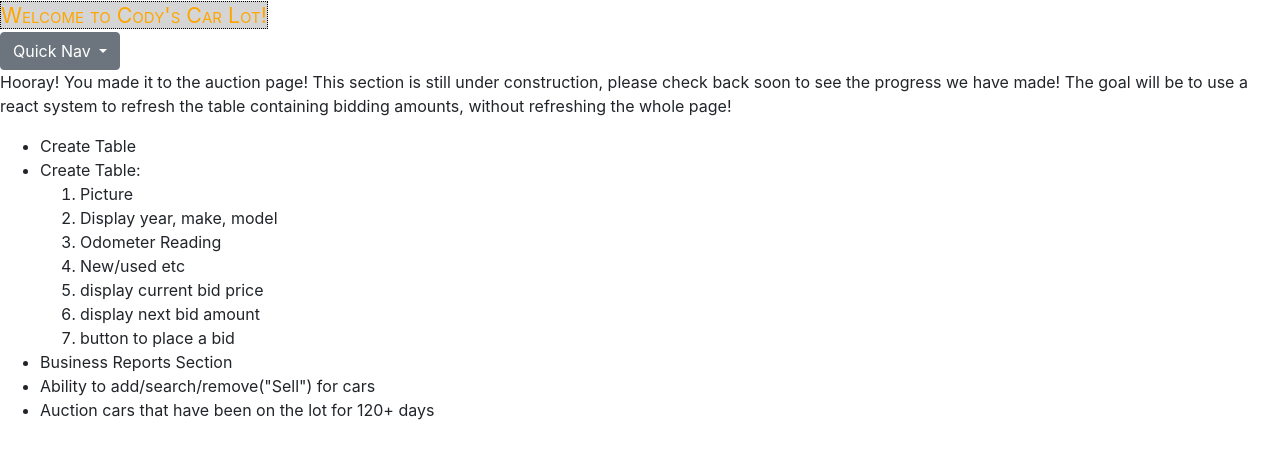
Repository: CodyHogge/CarDealershipProject
Page: http://localhost/CarDealershipProject/auction.jsp
An editor plug-in stored every save of this project. The page is shown before and after the next save, followed by the edit.
The browser window is 1280 px wide. The pictures show the whole page.
The page is served by Tomcat 9. Other server files are loaded and not shown.

Above is the page before, as saved 2020-09-14 15:20:55.

### CarDealershipProject/WebContent/auction.jsp
<%@ taglib prefix="c" uri="http://java.sun.com/jsp/jstl/core" %>
<%@ page language="java" contentType="text/html; charset=ISO-8859-1"
    pageEncoding="ISO-8859-1"%>
<!DOCTYPE html>
<html>
<head>
<meta charset="ISO-8859-1">
<title>Cody's Car Lot</title>
<link rel="stylesheet" href="https://stackpath.bootstrapcdn.com/bootstrap/4.5.2/css/bootstrap.min.css" integrity="sha384-JcKb8q3iqJ61gNV9KGb8thSsNjpSL0n8PARn9HuZOnIxN0hoP+VmmDGMN5t9UJ0Z" crossorigin="anonymous">

<link rel="stylesheet" href="./styles/styles.css">


</head>
<body>


<span class="top-banner">Welcome to Cody's Car Lot!</span>


<div class="dropdown">
  <button class="btn btn-secondary dropdown-toggle" type="button" id="dropdownMenuLink" data-toggle="dropdown" aria-haspopup="true" aria-expanded="false">
    Quick Nav
  </button>
  <div class="dropdown-menu" aria-labelledby="dropdownMenuLink">
    <a class="dropdown-item" href="homePage.jsp">Home Page</a>
    <a class="dropdown-item" href="inventory.jsp">Inventory</a>
    <a class="dropdown-item" href="auction.jsp">Auction Page</a>
    <a class="dropdown-item" href="businessPage.jsp">Business Reports</a>
  </div>
</div>


<p class="auction-paragraph"> Hooray! You made it to the auction page! This section is still under construction, please check back soon to see the progress
we have made! The goal will be to use a react system to refresh the table containing bidding amounts, without refreshing the whole page!
	<ul class="auction-to-do-list">
		<li> Create Table </li>
		<li> Create Table:
			<ol>
				<li>Picture</li>
				<li>Display year, make, model</li>
				<li>Odometer Reading</li>
				<li>New/used etc</li>
				<li>display current bid price</li>
				<li>display next bid amount</li>
				<li>button to place a bid</li>
			</ol>
		</li>
		<li> Business Reports Section</li>
		<li> Ability to add/search/remove("Sell") for cars</li>
		<li> Auction cars that have been on the lot for 120+ days</li>
	</ul>
</p>

<script src="https://code.jquery.com/jquery-3.5.1.slim.min.js" integrity="sha384-DfXdz2htPH0lsSSs5nCTpuj/zy4C+OGpamoFVy38MVBnE+IbbVYUew+OrCXaRkfj" crossorigin="anonymous"></script>
<script src="https://cdn.jsdelivr.net/npm/popper.js@1.16.1/dist/umd/popper.min.js" integrity="sha384-9/reFTGAW83EW2RDu2S0VKaIzap3H66lZH81PoYlFhbGU+6BZp6G7niu735Sk7lN" crossorigin="anonymous"></script>
<script src="https://stackpath.bootstrapcdn.com/bootstrap/4.5.2/js/bootstrap.min.js" integrity="sha384-B4gt1jrGC7Jh4AgTPSdUtOBvfO8shuf57BaghqFfPlYxofvL8/KUEfYiJOMMV+rV" crossorigin="anonymous"></script>
</body>
</html>

### CarDealershipProject/WebContent/styles/styles.css
.top-banner{
	font-variant: small-caps;
	font-size: 16pt;
	border-style: dotted;
	border-right-width: 1px;
	border-left-width: 1px;
	border-top-width: 1px;
	border-bottom-width: 1px;
	border-color: black;
	background-color: #d5d5d5;
	color: orange;
}


.avail-cars{
	margin: 15px;
	background-color: #d5d5d5;
	border-style: solid;
	border-right-width: 1px;
	border-left-width: 1px;
	border-top-width: 1px;
	border-bottom-width: 1px;
	border-color: black;
}
avail-cars.td{
	background-color: gray;
	border-style: solid;
	border-right-width: 2px;
	border-left-width: 2px;
	border-top-width: 2px;
	border-bottom-width: 2px;
	border-color: black;
}
.sold-cars{
	margin: 15px;
	background-color: #d5d5d5;
	border-style: solid;
	border-right-width: 1px;
	border-left-width: 1px;
	border-top-width: 1px;
	border-bottom-width: 1px;
	border-color: black;
}
.h4{
	margin: 10px;
	font-variant: small-caps;
}

After the next save:
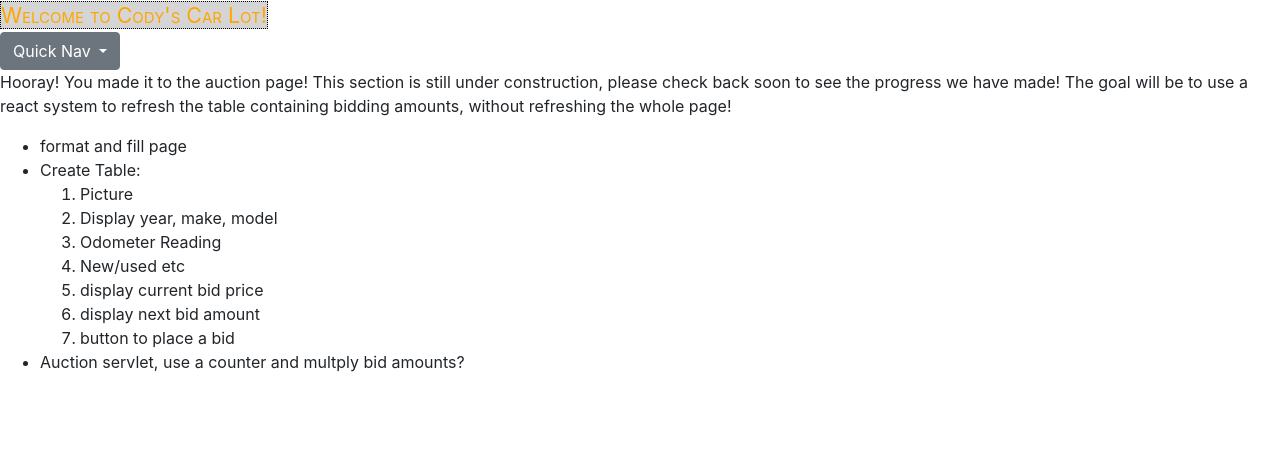
Saved 53 s later.
--- a/CarDealershipProject/WebContent/auction.jsp
+++ b/CarDealershipProject/WebContent/auction.jsp
@@ -34,7 +34,7 @@
 <p class="auction-paragraph"> Hooray! You made it to the auction page! This section is still under construction, please check back soon to see the progress
 we have made! The goal will be to use a react system to refresh the table containing bidding amounts, without refreshing the whole page!
 	<ul class="auction-to-do-list">
-		<li> Create Table </li>
+		<li> format and fill page </li>
 		<li> Create Table:
 			<ol>
 				<li>Picture</li>
@@ -46,9 +46,7 @@ we have made! The goal will be to use a react system to refresh the table contai
 				<li>button to place a bid</li>
 			</ol>
 		</li>
-		<li> Business Reports Section</li>
-		<li> Ability to add/search/remove("Sell") for cars</li>
-		<li> Auction cars that have been on the lot for 120+ days</li>
+		<li> Auction servlet, use a counter and multply bid amounts?</li>
 	</ul>
 </p>
 
